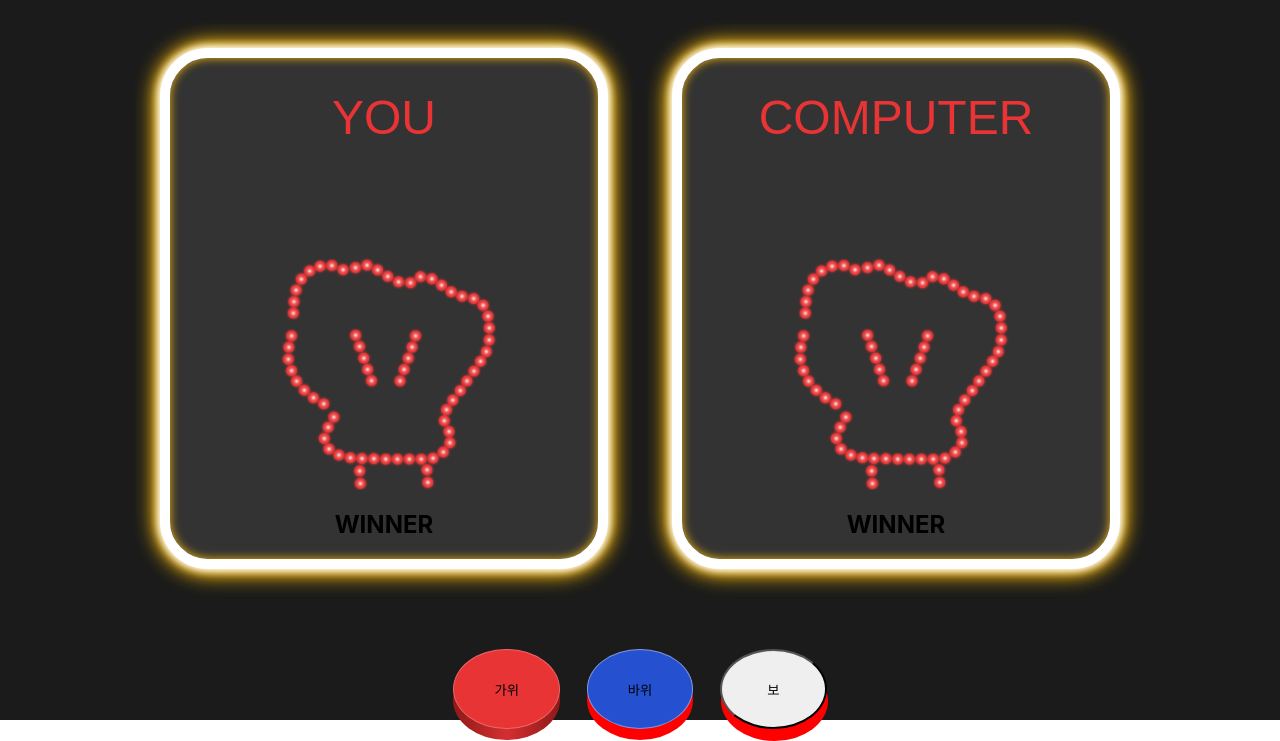
Repository: KIMMIHYE12/classComponent
Page: /
An editor plug-in stored every save of this project. The page is shown before and after the next save, followed by the edit.
The browser window is 1280 px wide. The pictures show the whole page.
Some web fonts or font styles are not loaded; a fallback is used. The project was rebuilt for these pictures with package versions that can differ from the ones it lists, and the page was loaded fresh each time.

Above is the page before, as saved 2024-03-18 23:14:00.

### src/App.js
import "./App.css";
import { Box } from "./component/Box";

function App() {
  return (
    <div className='content'>
      <div className='game_screen'>
        <Box title='YOU' />
        <Box title='COMPUTER' />
      </div>
      <div className='btn_wrap'>
        <button className='scissor'>가위</button>
        <button className='rock'>바위</button>
        <button className='paper'>보</button>
      </div>
    </div>
  );
}

export default App;

### src/App.css
@import url("https://use.typekit.net/ebb2deg.css");

* {
  box-sizing: border-box;
}

.content {
  height: 100vh;
  padding: 3em 0;
  background-color: #1b1b1b;
}

.game_screen {
  width: 100%;
  display: flex;
  justify-content: center;
}

.box {
  width: 35%;
  display: flex;
  flex-direction: column;
  align-items: center;
  margin: 0 2em;
  border: 10px solid #fff;
  background: #333;
  border-radius: 3rem;
  box-shadow: 0 0 10px #fff, 0 0 10px #fff, 0 0 24px #f5b70c, 0 0 16px #f5b70c,
    0 0 24px #f5b70c, inset 0 0 10px #f5b70c;
}

h1 {
  font-size: 3em;
  color: #e83435;
  font-family: "gloridot", sans-serif;
  font-weight: 400;
  font-style: normal;
}

img {
  width: 70%;
}

.btn_wrap {
  position: relative;
  margin-top: 5em;
  display: flex;
  justify-content: center;
  z-index: 1;
}

.btn_wrap button {
  position: relative;
  width: 8em;
  height: 6em;
  margin: 0 1em;
  border-radius: 50%;
  top: 0;
  outline: 0;
}

.btn_wrap button.scissor {
  background-color: #e83435;
  border: 1px solid #ec6666;
}

.btn_wrap button.rock {
  background-color: #2551d1;
  border: 1px solid #8097dc;
}

.btn_wrap button:before {
  width: 8em;
  height: 6em;
  display: inline-block;
  content: "";
  position: absolute;
  top: 10px;
  left: -1px;
  right: 0;
  background: red;
  border-radius: 50%;
  z-index: -1;
}

.btn_wrap button.scissor:before {
  background: linear-gradient(
    90deg,
    rgba(143, 25, 25, 1) 0%,
    rgba(212, 47, 48, 1) 50%,
    rgba(143, 25, 25, 1) 100%
  );
}

.btn_wrap button:active {
  top: 4px;
}

.btn_wrap button:active:before {
  top: 6px;
}

### src/component/Box.js
import React from "react";

export const Box = (props) => {
  console.log(props);
  return (
    <div className='box'>
      <h1>{props.title}</h1>
      <img src='/images/rock.png' alt='바위' />
      <h2>WINNER</h2>
    </div>
  );
};

Loaded but not shown: public/index.html (common file); src/index.js (common file); src/index.css (common file); src/reportWebVitals.js (common file)

After the next save:
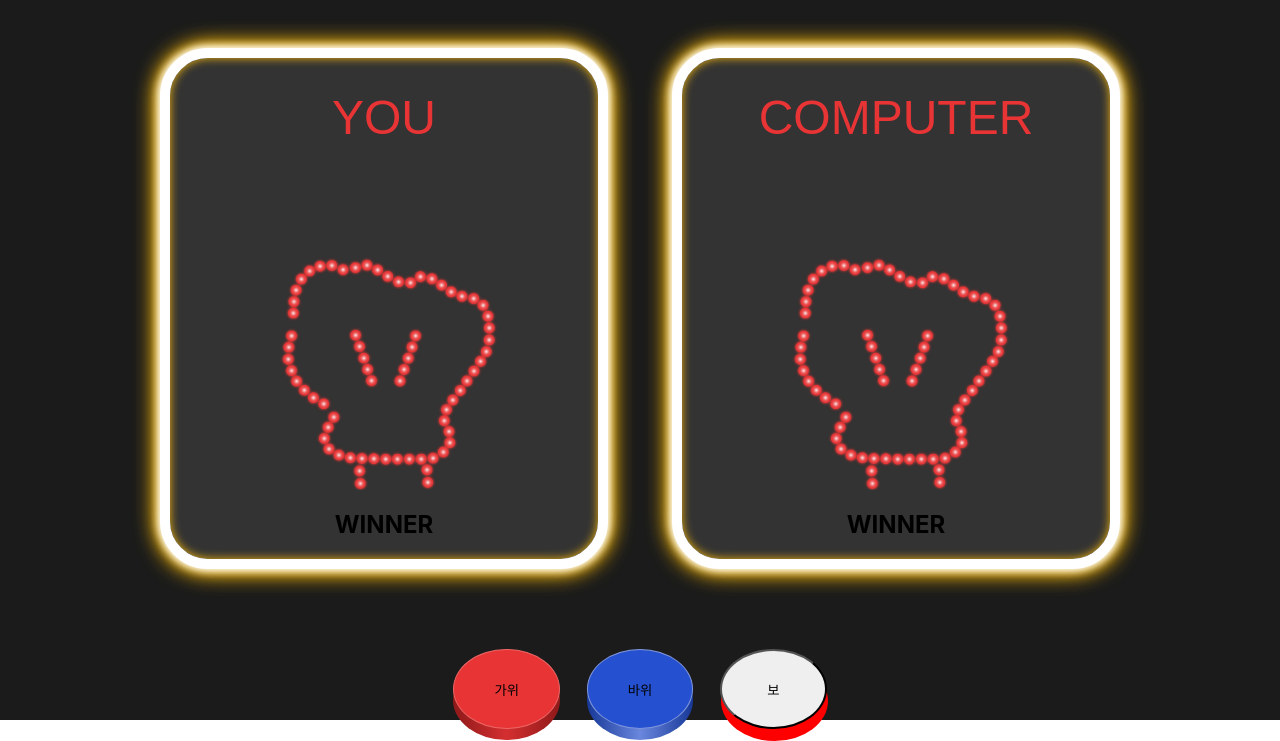
Saved 77 s later.
--- a/src/App.css
+++ b/src/App.css
@@ -92,6 +92,15 @@ img {
   );
 }
 
+.btn_wrap button.rock:before {
+  background: linear-gradient(
+    90deg,
+    rgba(23, 56, 152, 1) 0%,
+    rgba(106, 135, 221, 1) 50%,
+    rgba(23, 56, 152, 1) 100%
+  );
+}
+
 .btn_wrap button:active {
   top: 4px;
 }
